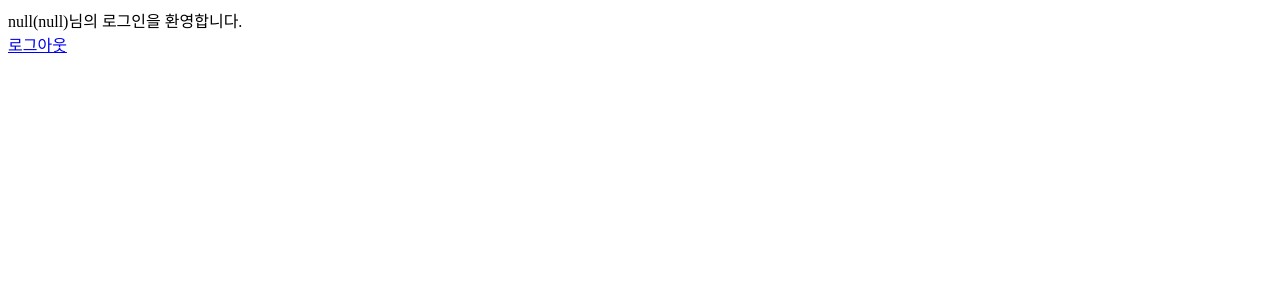
Repository: eun-chongzzz/jsp_practice
Page: http://localhost/JSPBasic/jspObject/5.session/session_welcom.jsp
An editor plug-in stored every save of this project. The page is shown before and after the next save, followed by the edit.
The browser window is 1280 px wide. The pictures show the whole page.
The page is served by Tomcat 9.

Above is the page before, as saved 2022-02-08 03:32:11.

### JSPBasic/src/main/webapp/jspObject/5.session/session_welcom.jsp
<%@ page language="java" contentType="text/html; charset=UTF-8"
    pageEncoding="UTF-8"%>
<!DOCTYPE html>
<html>
<head>
<meta charset="UTF-8">
<title>Insert title here</title>
</head>
<body>
<%
	// session은 폼을 안쓰고도 다른 페이지로 데이터를 전송해줄 수 있는 하나의 수단입니다.

	String id = (String)session.getAttribute("session_id");
	String pw = (String)session.getAttribute("session_pw");
	String nickName = (String)session.getAttribute("session_nick");

	out.println(nickName+"(" + id + ")" + "님의 로그인을 환영합니다." + "<br>");
%>
	<a href="session_logout.jsp">로그아웃</a>
</body>
</html>

After the next save:
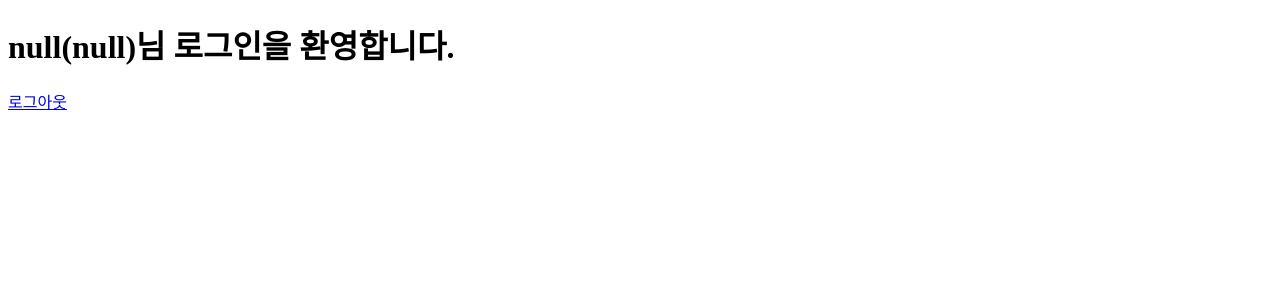
Saved 99 s later.
--- a/JSPBasic/src/main/webapp/jspObject/5.session/session_welcom.jsp
+++ b/JSPBasic/src/main/webapp/jspObject/5.session/session_welcom.jsp
@@ -13,9 +13,9 @@
 	String id = (String)session.getAttribute("session_id");
 	String pw = (String)session.getAttribute("session_pw");
 	String nickName = (String)session.getAttribute("session_nick");
-
-	out.println(nickName+"(" + id + ")" + "님의 로그인을 환영합니다." + "<br>");
+	// out.println(nickName+"(" + id + ")" + "님의 로그인을 환영합니다." + "<br>");
 %>
+	<h1><%=nickName %>(<%=id %>)님 로그인을 환영합니다.</h1>
 	<a href="session_logout.jsp">로그아웃</a>
 </body>
 </html>
